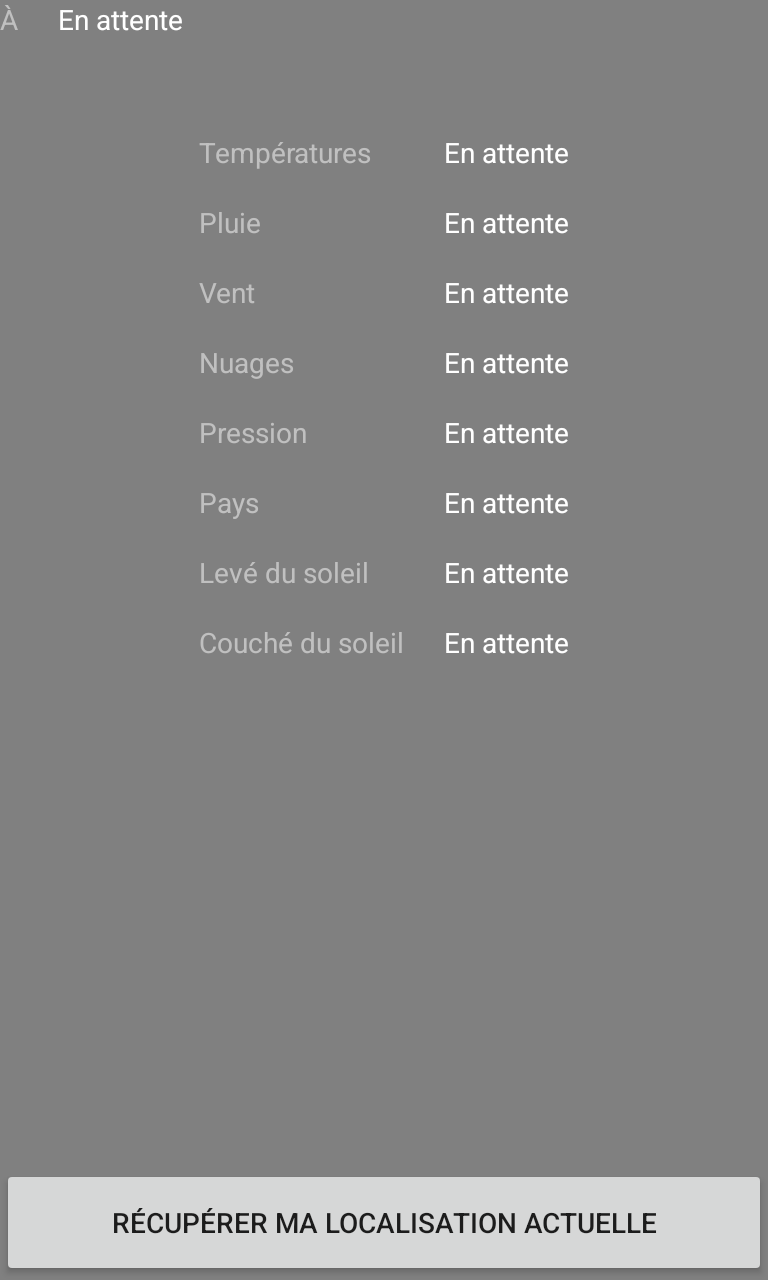
Repository: cpluuuusplus/WhoWantsKitKat
Layout: AppliPlus/res/layout/activity_meteo_principale.xml
An editor plug-in stored every save of this project. The layout is shown before and after the next save, followed by the edit.
It is drawn on a 768 x 1280 px phone screen (xhdpi) without system bars, with theme Theme.AppCompat.Light; the app's code is not run.

Above is the layout before, as saved 2014-05-12 14:27:10.

### AppliPlus/res/layout/activity_meteo_principale.xml
<?xml version="1.0" encoding="utf-8"?>
<LinearLayout xmlns:android="http://schemas.android.com/apk/res/android"
    android:layout_width="match_parent"
    android:layout_height="match_parent"
    android:background="@color/gray"
    android:orientation="vertical" >

    <!-- Afficher les  informations météo -->


    <!-- <LinearLayout -->
    <!-- android:layout_width="match_parent" -->
    <!-- android:layout_height="wrap_content" -->
    <!-- android:layout_margin="5dp" -->
    <!-- android:layout_weight="0.30" -->
    <!-- android:background="@color/black_color" -->
    <!-- android:orientation="vertical" -->
    <!-- android:paddingBottom="5dp" -->
    <!-- android:paddingLeft="5dp" -->
    <!-- android:paddingRight="5dp" -->
    <!-- android:paddingTop="5dp" > -->


    <!-- Titre et ville -->

    <LinearLayout
        android:layout_width="match_parent"
        android:layout_height="fill_parent"
        android:layout_weight="1"
        android:orientation="horizontal" >

        <TextView
            android:id="@+id/desc_meteo"
            android:layout_width="wrap_content"
            android:layout_height="wrap_content"
            android:layout_gravity="right"
            android:layout_marginRight="20dp"
            android:text="@string/meteo_desc"
            android:textColor="@color/silver" />

        <TextView
            android:id="@+id/afficher_localite_meteo"
            android:layout_width="match_parent"
            android:layout_height="fill_parent"
            android:layout_gravity="center_horizontal"
            android:layout_weight="1"
            android:text="@string/to_be_defined"
            android:textColor="@color/white" />
    </LinearLayout>

    <!-- Info météo : temperature, pluie, vent, nuages -->

    <TableLayout
        android:layout_width="match_parent"
        android:layout_height="fill_parent"
        android:layout_gravity="fill_vertical"
        android:layout_weight="0.2" >

        <!-- température -->

        <TableRow
            android:id="@+id/row_meteo_temperature"
            android:layout_width="match_parent"
            android:layout_height="wrap_content"
            android:gravity="center_horizontal"
            android:padding="8dp" >

            <TextView
                android:id="@+id/desc_temp"
                android:layout_width="fill_parent"
                android:gravity="left"
                android:text="@string/meteo_tc"
                android:textColor="@color/silver" />

            <TextView
                android:id="@+id/info_temp"
                android:text="@string/to_be_defined"
                android:textColor="@color/white" />
        </TableRow>

        <!-- pluie -->

        <TableRow
            android:id="@+id/row_meteo_pluie"
            android:layout_width="match_parent"
            android:layout_height="wrap_content"
            android:gravity="center_horizontal"
            android:padding="8dp" >

            <TextView
                android:id="@+id/desc_pluie"
                android:layout_width="fill_parent"
                android:gravity="left"
                android:text="@string/meteo_rain"
                android:textColor="@color/silver" />

            <TextView
                android:id="@+id/info_pluie"
                android:layout_width="fill_parent"
                android:text="@string/to_be_defined"
                android:textColor="@color/white" />
        </TableRow>
        <!-- vent -->

        <TableRow
            android:id="@+id/row_meteo_vent"
            android:layout_width="match_parent"
            android:layout_height="wrap_content"
            android:gravity="center_horizontal"
            android:padding="8dp" >

            <TextView
                android:id="@+id/desc_vent"
                android:layout_width="fill_parent"
                android:gravity="left"
                android:text="@string/meteo_wind"
                android:textColor="@color/silver" />

            <TextView
                android:id="@+id/info_vent"
                android:layout_width="fill_parent"
                android:text="@string/to_be_defined"
                android:textColor="@color/white" />
        </TableRow>

        <!-- nuages -->

        <TableRow
            android:id="@+id/row_meteo_nuages"
            android:layout_width="match_parent"
            android:layout_height="wrap_content"
            android:gravity="center_horizontal"
            android:padding="8dp" >

            <TextView
                android:id="@+id/desc_nuages"
                android:layout_width="fill_parent"
                android:gravity="left"
                android:text="@string/meteo_clouds"
                android:textColor="@color/silver" />

            <TextView
                android:id="@+id/info_nuages"
                android:gravity="left"
                android:text="@string/to_be_defined"
                android:textColor="@color/white" />
        </TableRow>

        <!-- pression -->

        <TableRow
            android:id="@+id/row_pressure"
            android:layout_width="match_parent"
            android:layout_height="wrap_content"
            android:gravity="center_horizontal"
            android:padding="8dp" >

            <TextView
                android:id="@+id/desc_pressure"
                android:layout_width="fill_parent"
                android:gravity="left"
                android:text="@string/desc_pressure"
                android:textColor="@color/silver" />

            <TextView
                android:id="@+id/info_pressure"
                android:layout_width="fill_parent"
                android:gravity="left"
                android:text="@string/to_be_defined"
                android:textColor="@color/white" />
        </TableRow>

        <!-- pays -->

        <TableRow
            android:id="@+id/row_country"
            android:layout_width="match_parent"
            android:layout_height="wrap_content"
            android:gravity="center_horizontal"
            android:padding="8dp" >

            <TextView
                android:id="@+id/desc_country"
                android:gravity="left"
                android:text="@string/desc_country"
                android:textColor="@color/silver" />

            <TextView
                android:id="@+id/info_country"
                android:layout_width="fill_parent"
                android:gravity="left"
                android:text="@string/to_be_defined"
                android:textColor="@color/white" />
        </TableRow>

        <!-- sunrise -->

        <TableRow
            android:id="@+id/row_sunrise"
            android:layout_width="match_parent"
            android:layout_height="wrap_content"
            android:gravity="center_horizontal"
            android:padding="8dp" >

            <TextView
                android:id="@+id/desc_sunrise"
                android:layout_width="fill_parent"
                android:gravity="left"
                android:text="@string/desc_sunrise"
                android:textColor="@color/silver" />

            <TextView
                android:id="@+id/info_sunrise"
                android:layout_width="fill_parent"
                android:gravity="left"
                android:text="@string/to_be_defined"
                android:textColor="@color/white" />
        </TableRow>

        <!-- sunset -->

        <TableRow
            android:id="@+id/row_sunset"
            android:layout_width="match_parent"
            android:layout_height="wrap_content"
            android:gravity="center_horizontal"
            android:padding="8dp" >

            <TextView
                android:id="@+id/desc_sunset"
                android:layout_width="fill_parent"
                android:layout_marginRight="20dp"
                android:gravity="left"
                android:text="@string/desc_sunset"
                android:textColor="@color/silver" />

            <TextView
                android:id="@+id/info_sunset"
                android:layout_width="fill_parent"
                android:gravity="right"
                android:text="@string/to_be_defined"
                android:textColor="@color/white" />
        </TableRow>
    </TableLayout>
    <!-- </LinearLayout> -->


    <!-- Acceder à une localisation -->

    <Button
        android:id="@+id/meteo_recuperer_localite"
        android:layout_width="match_parent"
        android:layout_height="fill_parent"
        android:layout_weight="1"
        android:onClick="recupererLocalisationAppareil"
        android:text="@string/get_localite" />

    <!-- <LinearLayout -->
    <!-- android:layout_width="wrap_content" -->
    <!-- android:layout_height="wrap_content" -->
    <!-- android:layout_margin="5dp" -->
    <!-- android:background="@color/black_color" -->
    <!-- android:orientation="horizontal" -->
    <!-- android:paddingBottom="5dp" -->
    <!-- android:paddingLeft="5dp" -->
    <!-- android:paddingRight="5dp" -->
    <!-- android:paddingTop="5dp" > -->


    <!-- <LinearLayout -->
    <!-- android:layout_width="wrap_content" -->
    <!-- android:layout_height="wrap_content" -->
    <!-- android:layout_margin="5dp" -->
    <!-- android:background="@color/black_color" -->
    <!-- android:orientation="vertical" -->
    <!-- android:paddingBottom="5dp" -->
    <!-- android:paddingLeft="5dp" -->
    <!-- android:paddingRight="5dp" -->
    <!-- android:paddingTop="5dp" > -->


    <!-- <TextView -->
    <!-- android:layout_width="wrap_content" -->
    <!-- android:layout_height="wrap_content" -->
    <!-- android:text="@string/desc_saisie_localite" -->
    <!-- android:textColor="@color/white" /> -->


    <!-- <EditText -->
    <!-- android:id="@+id/meteo_saisie_localite" -->
    <!-- android:layout_width="wrap_content" -->
    <!-- android:inputType="textCapWords" -->
    <!-- android:layout_height="wrap_content" -->
    <!-- android:hint="@string/saisir_localite" -->
    <!-- android:layout_gravity="center" -->
    <!-- android:textColor="@color/white" /> -->


    <!-- <Button -->
    <!-- android:id="@+id/meteo_valider_localite" -->
    <!-- android:layout_width="match_parent" -->
    <!-- android:layout_height="wrap_content" -->
    <!-- android:onClick="validerChoixLocalisationSaisi" -->
    <!-- android:text="@string/valider_localite" /> -->
    <!-- </LinearLayout> -->


    <!-- <Button -->
    <!-- android:id="@+id/meteo_recuperer_localite" -->
    <!-- android:layout_width="match_parent" -->
    <!-- android:layout_height="wrap_content" -->
    <!-- android:onClick="recupererLocalisationAppareil" -->
    <!-- android:text="@string/get_localite" /> -->
    <!-- </LinearLayout> -->

</LinearLayout>

### AppliPlus/res/values/colors.xml
<?xml version="1.0" encoding="utf-8"?>
<resources>

    <color name="black_color">#000</color>
    <color name="white">#FFFFFF</color>
    <color name="yellow">#FFFF00</color>
    <color name="fuchsia">#FF00FF</color>
    <color name="red">#FF0000</color>
    <color name="silver">#C0C0C0</color>
    <color name="gray">#808080</color>
    <color name="olive">#808000</color>
    <color name="purple">#800080</color>
    <color name="maroon">#800000</color>
    <color name="aqua">#00FFFF</color>
    <color name="lime">#00FF00</color>
    <color name="teal">#008080</color>
    <color name="green">#008000</color>
    <color name="blue">#0000FF</color>
    <color name="navy">#000080</color>

</resources>

### AppliPlus/res/values/strings.xml
<?xml version="1.0" encoding="utf-8"?>
<resources>

    <string name="app_name">Qui veut manger un KitKat ?</string>
    <string name="hello_world">Hello world!</string>
    <string name="nb_cours">%1$d cours viennent d\'être mis à jours</string>
    <string name="direct">Accès direct à pamplemousse viewer</string>
    <string name="refresh">Refresh</string>
    <string name="action_search">search</string>
    <string name="find_city">Rechercher une ville</string>

    <!-- Nom des menus ! -->

    <string name="home">Qui veut un KitKat ?</string>
    <string name="pamp_viewer">Accès à Pamplemousse</string>
    <string name="agenda_null">Première connection ? Renseignez vos identifiants, et synchroniser</string>
    <string name="url_error">Impossible de se connecter au serveur, veuillez vérifier vos identifiants et votre connection à internet</string>
    <string name="menu_pampl">Accès à Pamplemousse</string>
    <string name="connection">Accès à Pamplemousse</string>
    <string name="remote">Accès à Pamplemousse en ligne</string>
    <string name="pampl_desc">Emploi du temps, mails,...</string>
    <string name="geo">Accés au service de Géolocalisation</string>
    <string name="geo_desc">Géolocalisation</string>
    <string name="meteo">Accés au service Météo</string>
    <string name="meteo_desc">À</string>
    <string name="meteo_tc">Températures</string>
    <string name="meteo_wind">Vent</string>
    <string name="meteo_rain">Pluie</string>
    <string name="meteo_clouds">Nuages</string>
    <string name="valider_localite">Valider</string>
    <string name="desc_country">Pays</string>
    <string name="desc_sunrise">Levé du soleil</string>
    <string name="desc_sunset">Couché du soleil</string>
    <string name="desc_pressure">Pression</string>


    <!-- Cas non défini -->

    <string name="to_be_defined">En attente</string>

    <!-- Test login -->

    <string name="menu_settings">Settings</string>
    <string name="title_activity_main">MainActivity</string>
    <string name="image_content_description">Un Android avec un chien</string>
    <string name="login">S\'identifier</string>
    <string name="email">Id utilisateur</string>
    <string name="password">Mot de passe</string>
    <string name="connect">Se connecter</string>
    <string name="get_localite">Récupérer ma localisation actuelle</string>
    <string name="saisir_localite">Saisir une ville ici</string>
    <string name="desc_saisie_localite">Vous pouvez saisir une localité</string>
    <string name="temp">Ce champ doit etre rempli</string>
    <string name="geoloc_osm">Géolocationsation par OSM/OCM</string>

</resources>

After the next save:
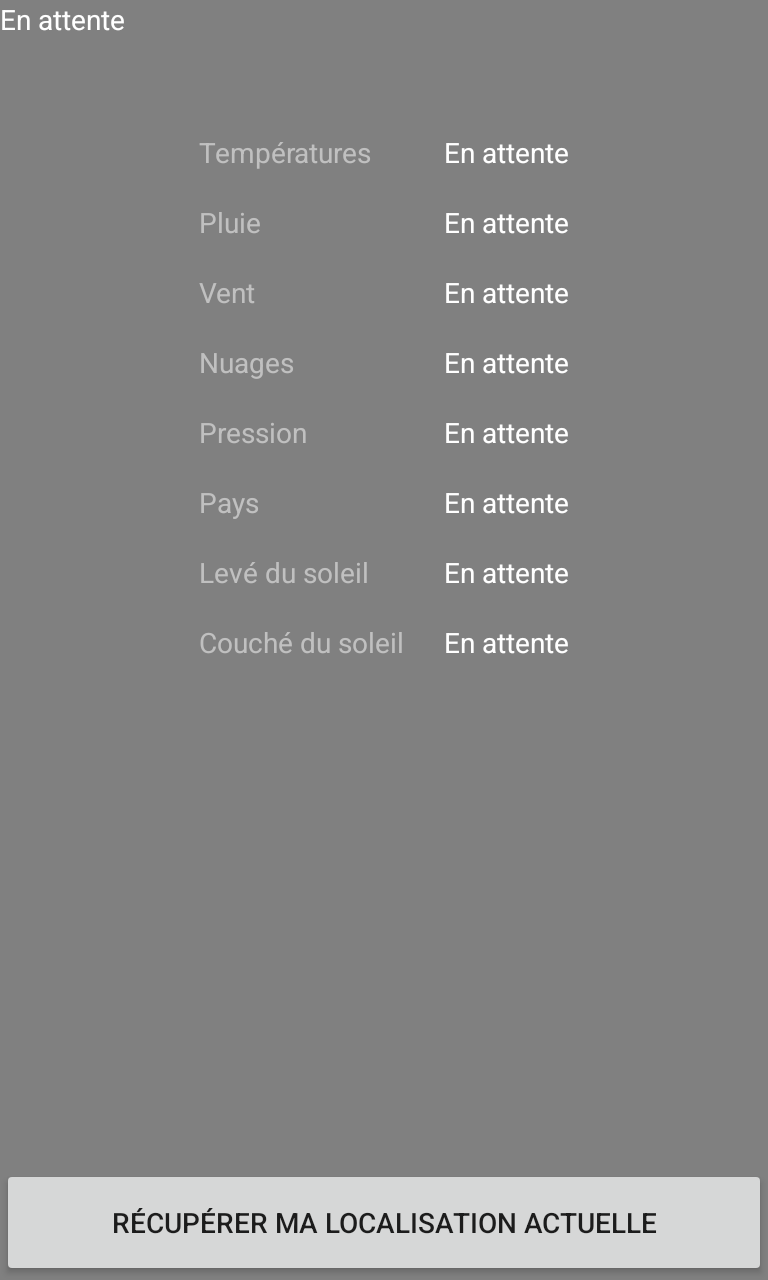
Saved 9 s later.
--- a/AppliPlus/res/layout/activity_meteo_principale.xml
+++ b/AppliPlus/res/layout/activity_meteo_principale.xml
@@ -23,30 +23,14 @@
 
     <!-- Titre et ville -->
 
-    <LinearLayout
+    <TextView
+        android:id="@+id/afficher_localite_meteo"
         android:layout_width="match_parent"
         android:layout_height="fill_parent"
+        android:layout_gravity="center_horizontal"
         android:layout_weight="1"
-        android:orientation="horizontal" >
-
-        <TextView
-            android:id="@+id/desc_meteo"
-            android:layout_width="wrap_content"
-            android:layout_height="wrap_content"
-            android:layout_gravity="right"
-            android:layout_marginRight="20dp"
-            android:text="@string/meteo_desc"
-            android:textColor="@color/silver" />
-
-        <TextView
-            android:id="@+id/afficher_localite_meteo"
-            android:layout_width="match_parent"
-            android:layout_height="fill_parent"
-            android:layout_gravity="center_horizontal"
-            android:layout_weight="1"
-            android:text="@string/to_be_defined"
-            android:textColor="@color/white" />
-    </LinearLayout>
+        android:text="@string/to_be_defined"
+        android:textColor="@color/white" />
 
     <!-- Info météo : temperature, pluie, vent, nuages -->
 
